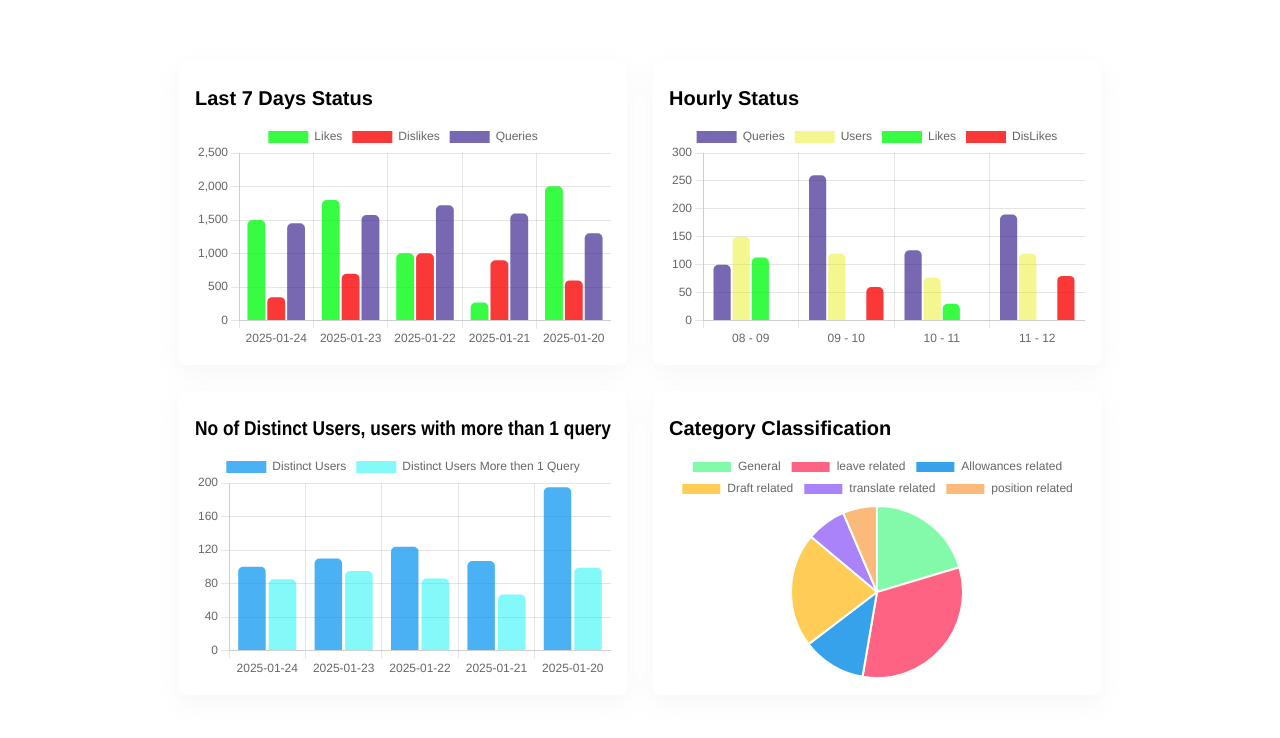
Repository: NAGARAJ-DEVELOPER/Dashboard
Page: /
The author's editor kept a copy of each file at every save. The page is drawn from the files as they stood at one save, then again after the next save.
The browser window is 1280 px wide. The pictures show the whole page.
The project was rebuilt for these pictures with package versions that can differ from the ones it lists, and the page was loaded fresh each time. Also part of the build but not shown: vite.config.js.

Above is the page before, as saved 2025-02-12 00:56:11.

### src/App.jsx
import React from "react";
import { Chart as ChartJS, defaults } from "chart.js/auto";
import { Bar, Doughnut, Line, Pie } from "react-chartjs-2";

import "./App.css";


import sourceData from "./data/sourceData.json";
import Week from "./data/7days.json";
import toady from "./data/Today.json";
import user from "./data/Users.json";
import category from "./data/Category.json";

defaults.maintainAspectRatio = false;
defaults.responsive = true;

defaults.plugins.title.display = true;
defaults.plugins.title.align = "start";
defaults.plugins.title.font.size = 20;
defaults.plugins.title.color = "black";

export const App = () => {


  return (
   <>
   <div>
    <br></br>
   </div>
    <div className="App">

        <div className="dataCard categoryCard">
        <Bar
          data={{
            labels: Week.map((data) => data.DATE1),
            datasets: [
              {
                label: "Likes",
                data: Week.map((data) => data.number_of_likes),
                backgroundColor: [
             "rgba(7, 250, 20, 0.8)",
                ],
                borderRadius: 5,
              },
              {
                label: "Dislikes",
                data: Week.map((data) => data.number_of_dislikes),
                backgroundColor: [

                  "rgba(250, 7, 7, 0.8)",

                ],
                borderRadius: 5,
              },
              {
                label: "Queries",
                data: Week.map((data) => data.number_of_ques),
                backgroundColor: [
                  "rgba(63, 40, 145, 0.7)",
                ],
                borderRadius: 5,
              },
            ],
          }}
          options={{
            plugins: {
              title: {
                text: "Last 7 Days Status",
              },
            },
          }}
        />
      </div>


      <div className="dataCard categoryCard">
        <Bar
          data={{
            labels: toady.map((data) => data.B_TIME),
            datasets: [
              {
                label: "Queries",
                data: toady.map((data) => data.C_Questions),
                backgroundColor: [
                  "rgba(63, 40, 145, 0.7)",
                ],
                borderRadius: 5,
              },
              {
                label: "Users",
                data: toady.map((data) => data.D_Users),
                backgroundColor: [

                  "rgba(231, 235, 8, 0.45)",

                ],
                borderRadius: 5,
              },
              {
                label: "Likes",
                data: toady.map((data) => data.F_Likes),
                backgroundColor: [
                  "rgba(7, 250, 20, 0.8)",
                ],
                borderRadius: 5,
              },
              {
                label: "DisLikes",
                data: toady.map((data) => data.Dis_Likes),
                backgroundColor: [
                  "rgba(250, 7, 7, 0.8)",
                ],
                borderRadius: 5,
              },
            ],
          }}
          options={{
            plugins: {
              title: {
                text: "Hourly Status",
              },
            },
          }}
        />
      </div>


      <div className="dataCard categoryCard">
        <Bar
          data={{
            labels: user.map((data) => data.DATE1),
            datasets: [
              {
                label: "Distinct Users",
                data: user.map((data) => data.number_of_distinct_users),
                backgroundColor: 'rgba(9, 149, 241, 0.73)',
                borderRadius: 5,
              },
              {
                label: "Distinct Users More then 1 Query",
                data: user.map((data) => data.Distinct_Users_more_1query),
                backgroundColor:'rgba(10, 243, 243, 0.5)',
                borderRadius: 5,
              },
            ],
          }}
          options={{
            plugins: {
              title: {
                text: "No of Distinct Users, users with more than 1 query",
              },
            },
          }}
        />
      </div>


      <div className="dataCard categoryCard">
        <Pie
          data={{
            labels: category.map((data) => data.category),
            datasets: [
              {
                label: "Count",
                data: category.map((data) => data.COUNT_CAT),
                backgroundColor: [
                  'rgba(7, 245, 86, 0.5)',
         'rgb(255, 99, 132)',
      'rgb(54, 162, 235)',
      'rgb(255, 205, 86)',
        'rgba(86, 6, 245, 0.5)',
        'rgba(247, 129, 11, 0.55)',
                ],
                borderColor: [
                  'rgb(250, 255, 251)',
                  'rgb(250, 255, 251)',
                  'rgb(250, 255, 251)',
                  'rgb(250, 255, 251)',
                  'rgb(250, 255, 251)',
                  'rgb(250, 255, 251)',
                ],animation :Pie,
              },
            ],
          }}
          options={{
            plugins: {
              title: {
                text: "Category Classification",
              },
            },
          }}
        />
      </div>
    </div>
    </>
  );
};

### src/App.css
.App {
  height: 100vh;
  width: 100%;
  display: flex;
  flex-direction: row;
  align-items: center;
  justify-content: center;
  align-content: center;
  gap: 2vw;
  flex-wrap: wrap;
  background-color: #ffffff;
  overflow: auto;
}

.dotted {
  border-top: 20px dotted #0a0a0a;
}
.vl {
  border-left: 2px dashed rgb(8, 8, 8);
  height: 98%;
  position: absolute;
  left: 49%;
  margin-left: -3px;
  top: 0;
}
.dataCard {
  background-color: #ffffff;
  border-radius: 0.5em;
  box-shadow: rgba(208, 210, 218, 0.2) 0px 8px 24px;
  padding: 1em;
}

.revenueCard {
  width: 92%;
  height: 20rem;
}

.customerCard {
  width: 50%;
  height: 20rem;
}

.categoryCard {
  width: 35%;
  height: 19rem;
}

### src/data/sourceData.json
[
  {
    "label": "Queries",
    "value": 327787
  },
  {
    "label": "Likes",
    "value": 45877
  },
  {
    "label": "Dislikes",
    "value": 238787
  }
]

### src/data/7days.json
[
    {  "DATE1": "2025-01-24", "number_of_dislikes": 350, "number_of_likes": 1500,  "number_of_ques": 1452 },
    {  "DATE1": "2025-01-23", "number_of_dislikes": 700, "number_of_likes": 1800,  "number_of_ques": 1574 },
    {  "DATE1": "2025-01-22", "number_of_dislikes": 1003, "number_of_likes": 1005,  "number_of_ques": 1720 },
    {  "DATE1": "2025-01-21", "number_of_dislikes": 900, "number_of_likes": 270,  "number_of_ques": 1596 },
    {  "DATE1": "2025-01-20", "number_of_dislikes": 600, "number_of_likes": 2005,  "number_of_ques": 1304 }
  ]

### src/data/Today.json
[
  { "A_DATE": "2025-01-27", "B_TIME": "08 - 09", "C_Questions": 100, "D_Users": 150 ,"F_Likes": 113},
  { "A_DATE": "2025-01-27",  "B_TIME": "09 - 10", "C_Questions": 260, "D_Users": 120,"Dis_Likes":60},
  { "A_DATE": "2025-01-27", "B_TIME": "10 - 11", "C_Questions": 126, "D_Users": 77, "F_Likes": 30 },
  { "A_DATE": "2025-01-27", "B_TIME": "11 - 12", "C_Questions": 190, "D_Users": 120,"Dis_Likes":80 }
]

### src/data/Users.json
[
  {  "DATE1": "2025-01-24", "number_of_distinct_users": 100, "Distinct_Users_more_1query": 85 },
  {  "DATE1": "2025-01-23", "number_of_distinct_users": 110, "Distinct_Users_more_1query": 95 },
  {  "DATE1": "2025-01-22", "number_of_distinct_users": 124, "Distinct_Users_more_1query": 86  },
  {  "DATE1": "2025-01-21", "number_of_distinct_users": 107, "Distinct_Users_more_1query": 67  },
  {  "DATE1": "2025-01-20", "number_of_distinct_users": 195, "Distinct_Users_more_1query": 99  }
]

### src/data/Category.json
[
  { "category": "General", "COUNT_CAT": 2434 },
  { "category": "leave related", "COUNT_CAT": 3870 },
  { "category": "Allowances related", "COUNT_CAT": 1430 },
  { "category": "Draft related", "COUNT_CAT": 2569 },
  { "category": "translate related", "COUNT_CAT": 891 },
  { "category": "position related", "COUNT_CAT": 770 }
]

Loaded but not shown: index.html (common file); src/main.jsx (common file); src/index.css (common file)

After the next save:
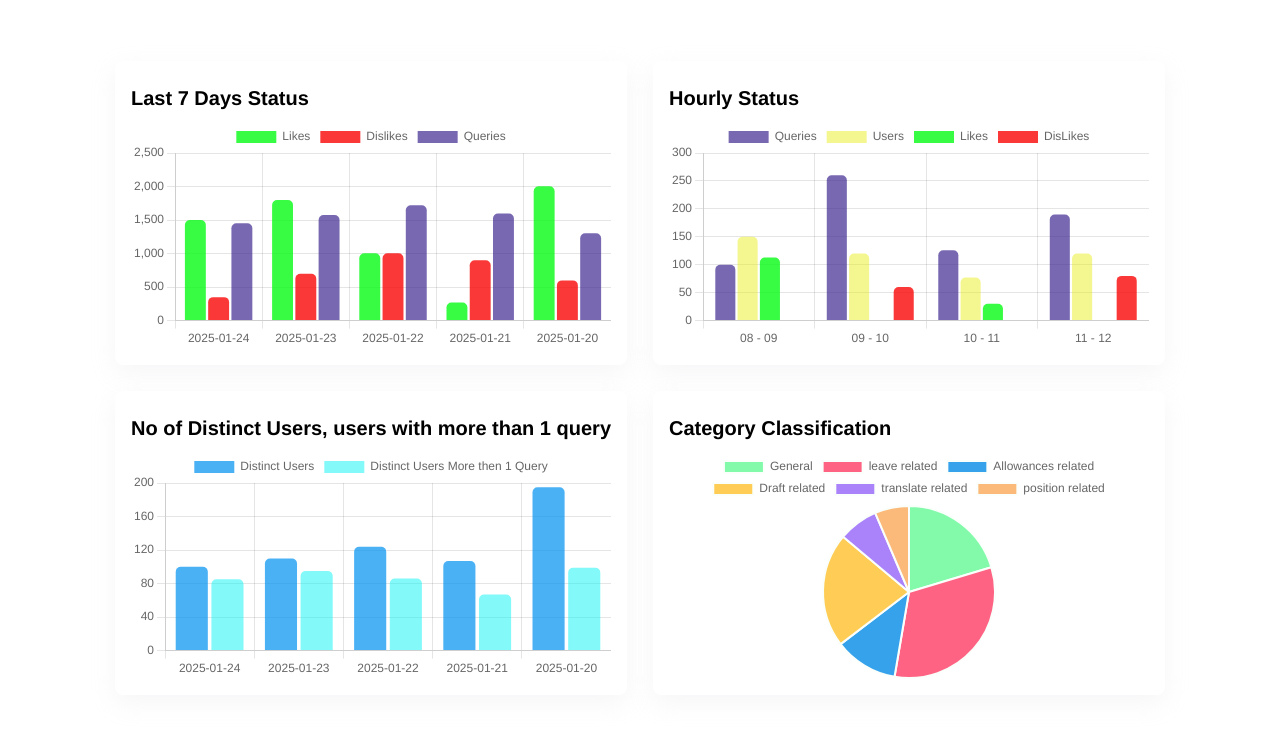
Saved 10 s later.
--- a/src/App.css
+++ b/src/App.css
@@ -41,6 +41,6 @@
 }
 
 .categoryCard {
-  width: 35%;
+  width: 40%;
   height: 19rem;
 }
